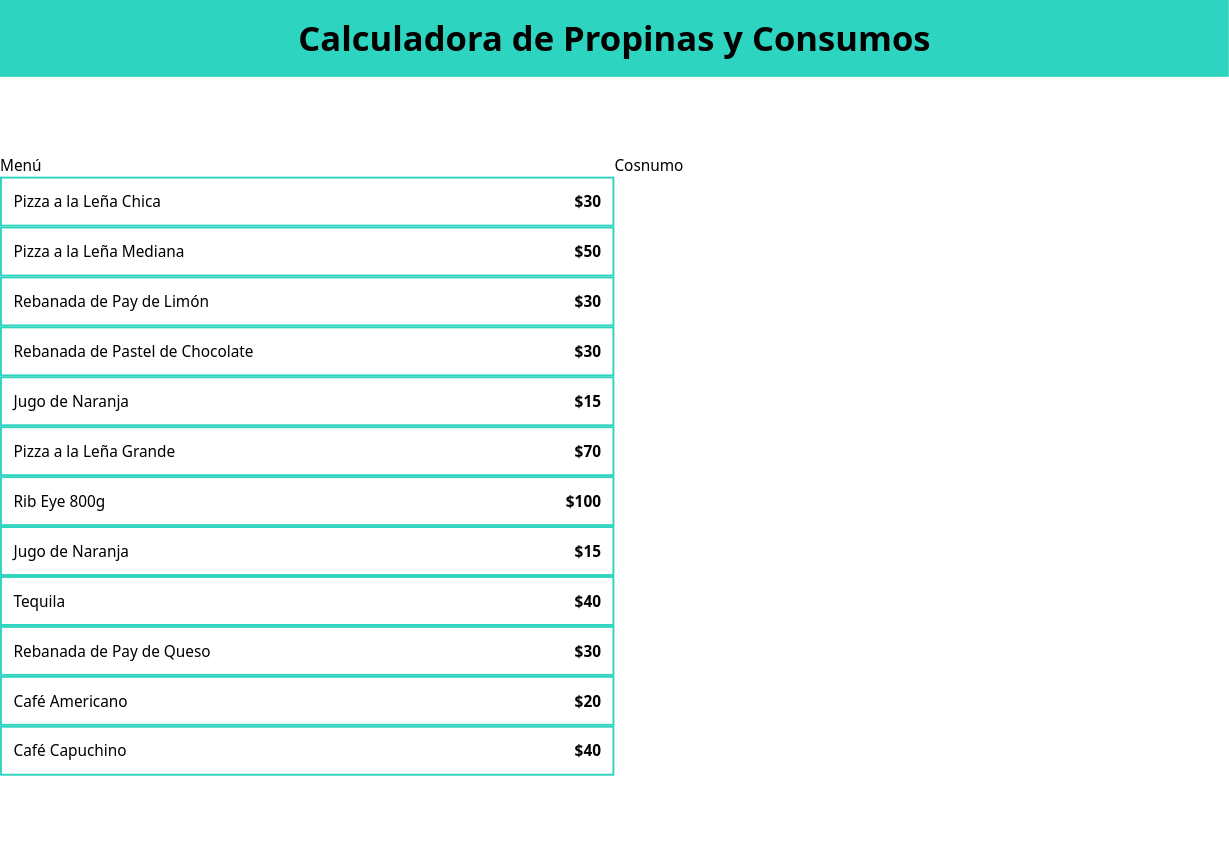
Repository: Matiiu/tip-calculator
Page: /
An editor plug-in stored every save of this project. The page is shown before and after a run of saves, followed by the edit.
The browser window is 1280 px wide. The pictures show the whole page, at 96% of full size.
The project was rebuilt for these pictures with package versions that can differ from the ones it lists, and the page was loaded fresh each time. Also part of the build but not shown: vite.config.ts.

Above is the page before, as saved 2024-03-29 09:55:27.

### src/App.tsx
import Header from "./components/Header";
import { menuItems } from "./api/db";
import MenuItem from "./components/MenuItem";

export default function App() {
  return (
    <>
      <Header />

      <main className="max-w-7xl mx-auto py-20 grid md:grid-cols-2">
        <div>
          <h2>Menú</h2>

          {menuItems.map(item => (
            <MenuItem
              key={item.id}
              item={item}
            />
          ))}
        </div>

        <div>
          <h2>Cosnumo</h2>

        </div>
      </main>
    </>
  )
}

### src/components/Header.tsx
export default function Header() {
  return (
    <header className="bg-teal-400 py-5">
        <h1 className="text-center text-4xl font-black">Calculadora de Propinas y Consumos</h1>
    </header>
  )
}

### src/api/db.ts
import type { MenuItem } from '../types';

export const menuItems: MenuItem[] = [
  {
    id: 1,
    name: "Pizza a la Leña Chica",
    price: 30,
  },
  {
    id: 2,
    name: "Pizza a la Leña Mediana",
    price: 50,
  },
  {
    id: 3,
    name: "Rebanada de Pay de Limón",
    price: 30,
  },
  {
    id: 4,
    name: "Rebanada de Pastel de Chocolate",
    price: 30,
  },
  {
    id: 5,
    name: "Jugo de Naranja",
    price: 15,
  },
  {
    id: 6,
    name: "Pizza a la Leña Grande",
    price: 70,
  },
  {
    id: 7,
    name: "Rib Eye 800g",
    price: 100,
  },
  {
    id: 8,
    name: "Jugo de Naranja",
    price: 15,
  },
  {
    id: 9,
    name: "Tequila",
    price: 40,
  },
  {
    id: 10,
    name: "Rebanada de Pay de Queso",
    price: 30,
  },
  {
    id: 11,
    name: "Café Americano",
    price: 20,
  },
  {
    id: 12,
    name: "Café Capuchino",
    price: 40,
  },
];

### src/components/MenuItem.tsx
import type { MenuItem } from "../types";

type MenuItemProps = {
  item: MenuItem;
};

export default function MenuItem({ item }: MenuItemProps) {
  return (
    <button className="border-2 border-teal-400 hover:bg-teal-200 w-full p-3 flex justify-between">
        <p>{item.name}</p>
        <p className="font-black">${item.price}</p>
    </button>
  );
}

Loaded but not shown: index.html (common file); src/main.tsx (common file); src/index.css (common file); tailwind.config.js (common file)

After the next 2 saves:
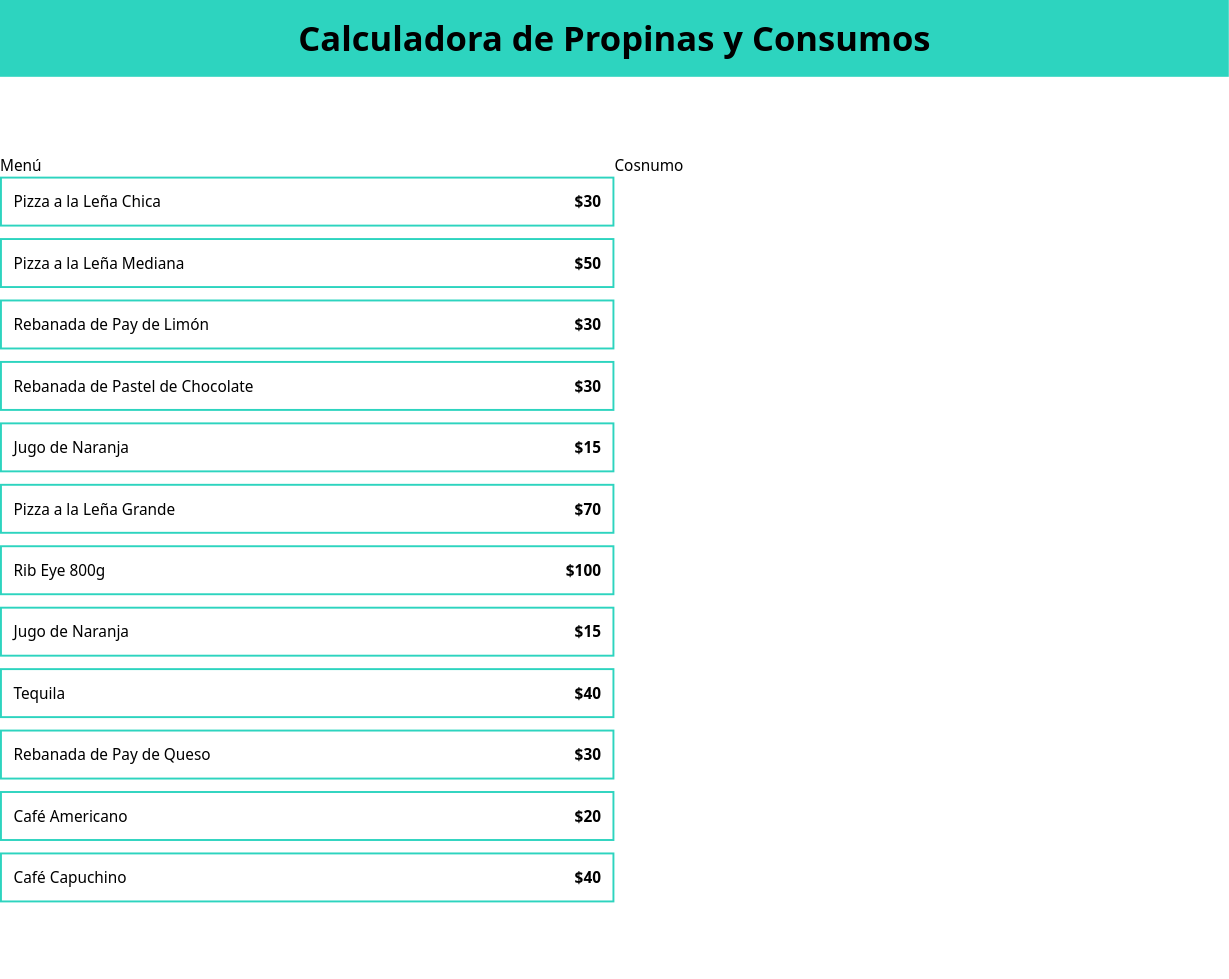
The 2 saves are shown as one change because they came seconds apart.
The last was saved 74 s later.
--- a/src/App.tsx
+++ b/src/App.tsx
@@ -11,12 +11,14 @@ export default function App() {
         <div>
           <h2>Menú</h2>
 
-          {menuItems.map(item => (
-            <MenuItem
-              key={item.id}
-              item={item}
-            />
-          ))}
+          <section className="space-y-3">
+            {menuItems.map(item => (
+              <MenuItem
+                key={item.id}
+                item={item}
+              />
+            ))}
+          </section>
         </div>
 
         <div>
